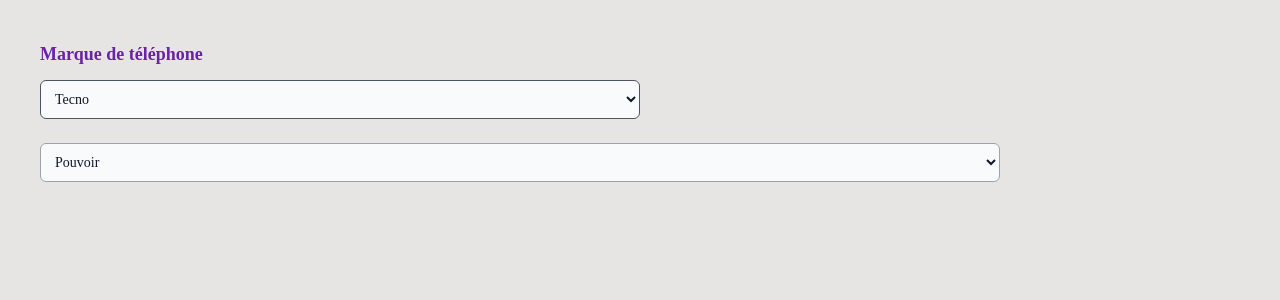
Repository: darlino/gotyu_shopify_section
Page: product_select220223/index.html
These files come from the project's save history. The page is drawn as it stood at one moment and after the next save; the edit follows.
The browser window is 1280 px wide. The pictures show the whole page.
Some web fonts or font styles are not loaded; a fallback is used. Some web libraries are served in a nearby version.

Above is the page before, as saved 2023-02-22 20:51:57.

After the next save:
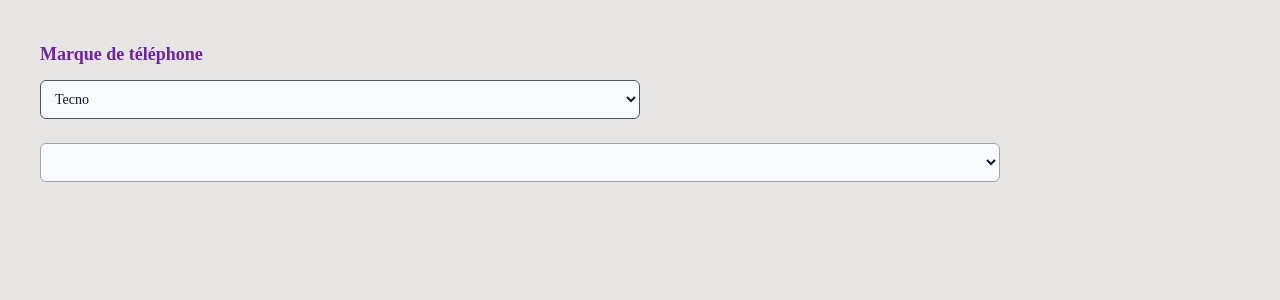
Console error: SyntaxError: Unexpected token '{'
Saved 89 s later.
--- a/product_select220223/index.html
+++ b/product_select220223/index.html
@@ -85,6 +85,7 @@
       }
 
       function getElementSelectedValue() {
+        model.options{model.options.length} = 0
         const element = document.getElementById("select_brand").value;
 
         const brandMatchModel = [

After the save that followed:
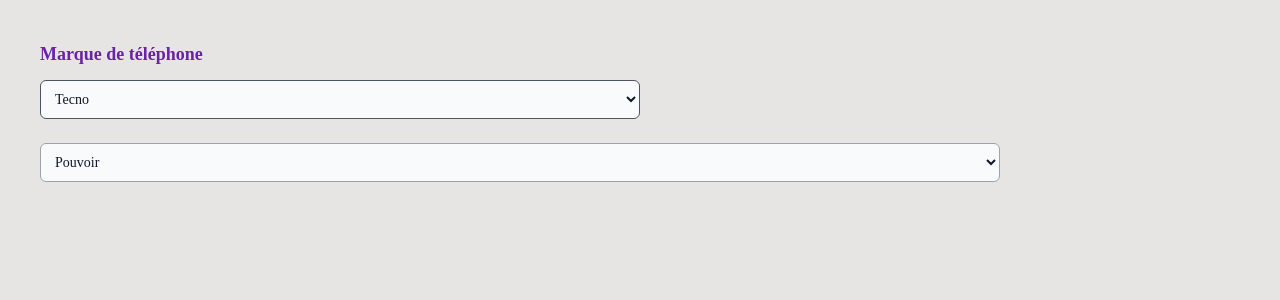
The error is gone.
Saved 8 s later.
--- a/product_select220223/index.html
+++ b/product_select220223/index.html
@@ -85,7 +85,7 @@
       }
 
       function getElementSelectedValue() {
-        model.options{model.options.length} = 0
+        model.options[model.options.length] = 0;
         const element = document.getElementById("select_brand").value;
 
         const brandMatchModel = [
